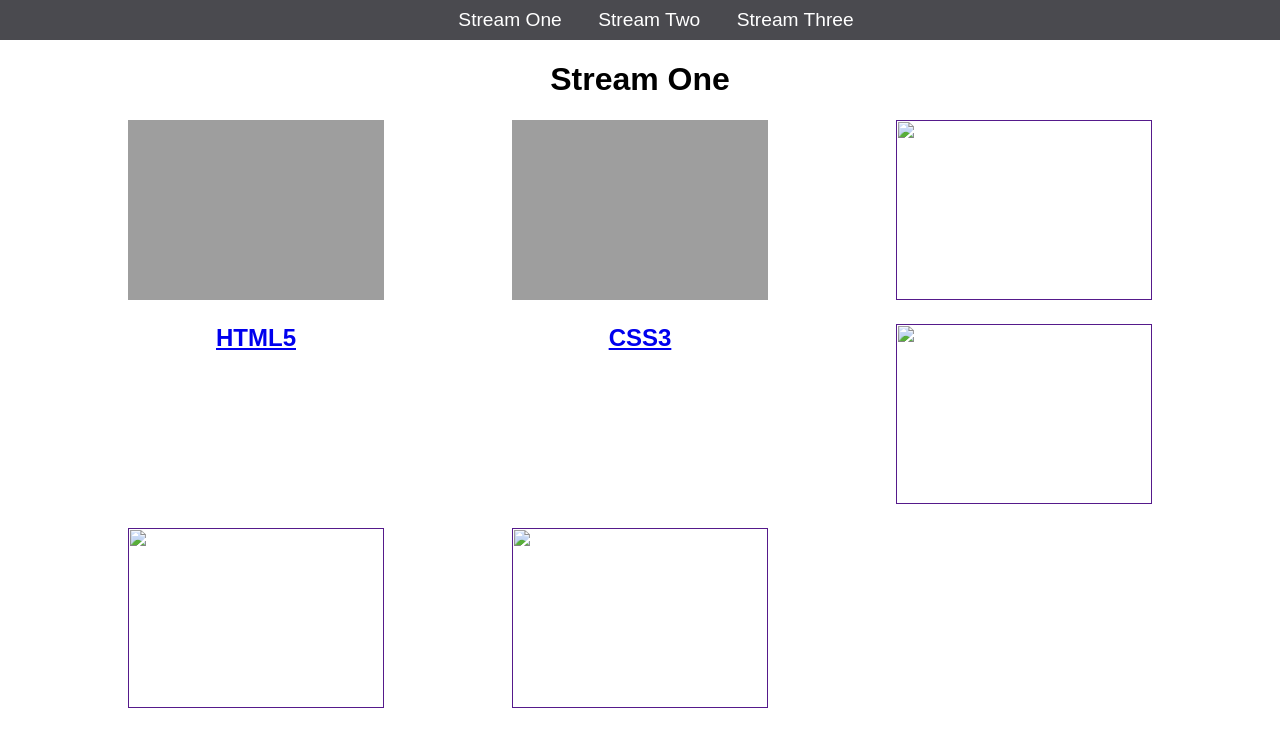
Repository: Sarani1612/my-first-website
Page: stream-one.html
The author's editor kept a record of every edit. The page is drawn from the files as they stood at one moment, then again after the next edit.
The browser window is 1280 px wide. The pictures show the whole page.
Pictures or frames that could not be fetched are drawn as grey boxes.

Above is the page before.

After the next edit:
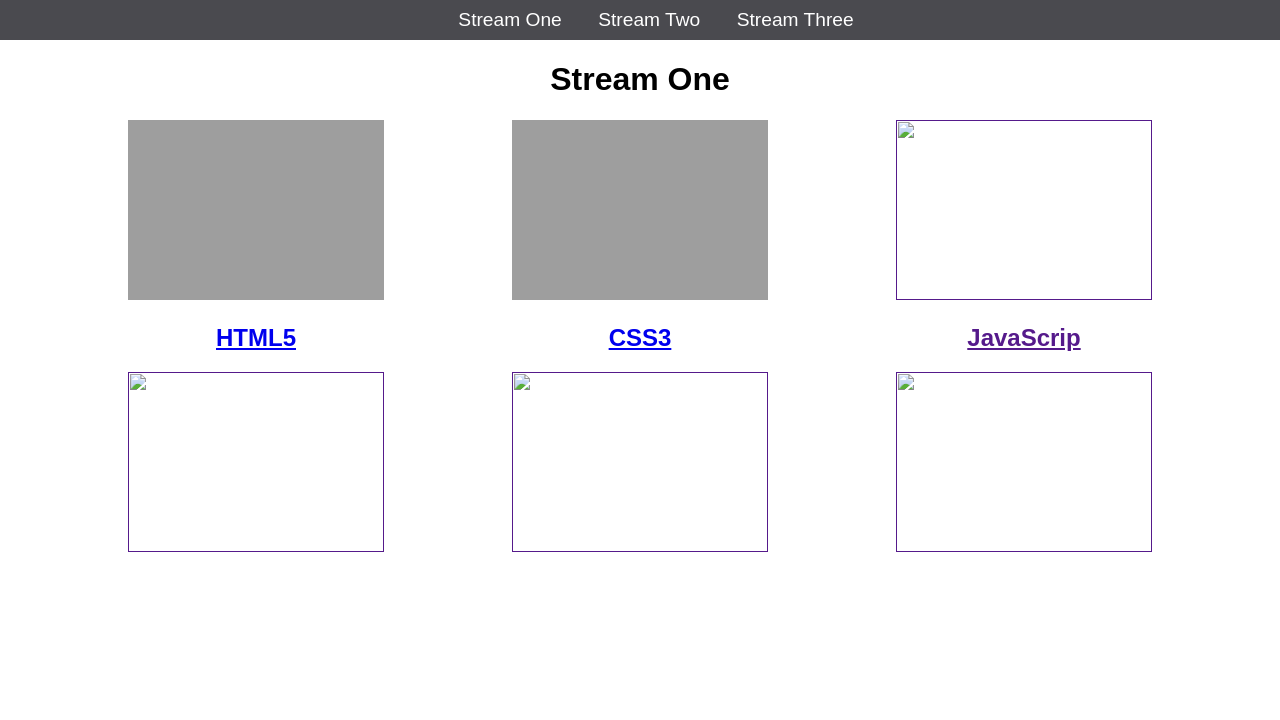
The edit:
--- a/stream-one.html
+++ b/stream-one.html
@@ -28,7 +28,7 @@
         <div class="card">
             <a href="">
                 <img src="" />
-                <h2></h2>
+                <h2>JavaScrip</h2>
             </a>
         </div>
         <div class="card">
